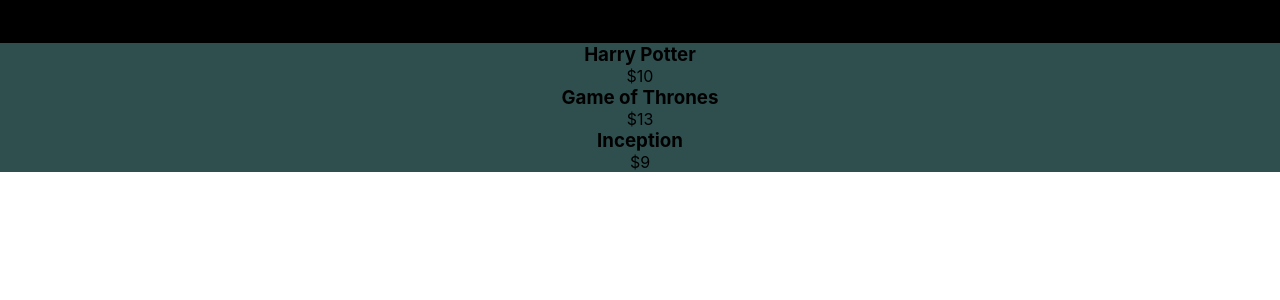
Repository: SubmergedSnake/react-usecontext
Page: /
The author's editor kept a copy of each file at every save. The page is drawn from the files as they stood at one save, then again after the next save.
The browser window is 1280 px wide. The pictures show the whole page.
The project was rebuilt for these pictures with package versions that can differ from the ones it lists, and the page was loaded fresh each time.

Above is the page before, as saved 2020-11-21 18:50:22.

After the next save:
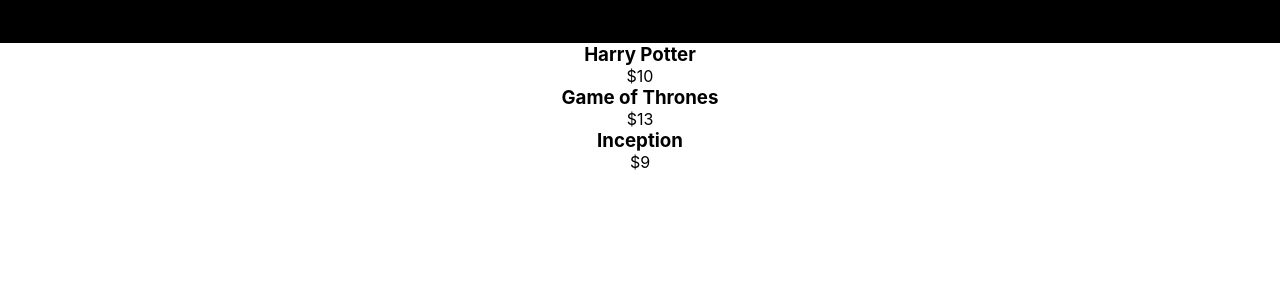
Saved 10 s later.
--- a/src/MovieList.js
+++ b/src/MovieList.js
@@ -3,7 +3,6 @@
 import {MovieContext} from './MovieContext';
 
 const listStyle = {
-    background: 'darkslategray'
 }
 
 const MovieList = () => {
